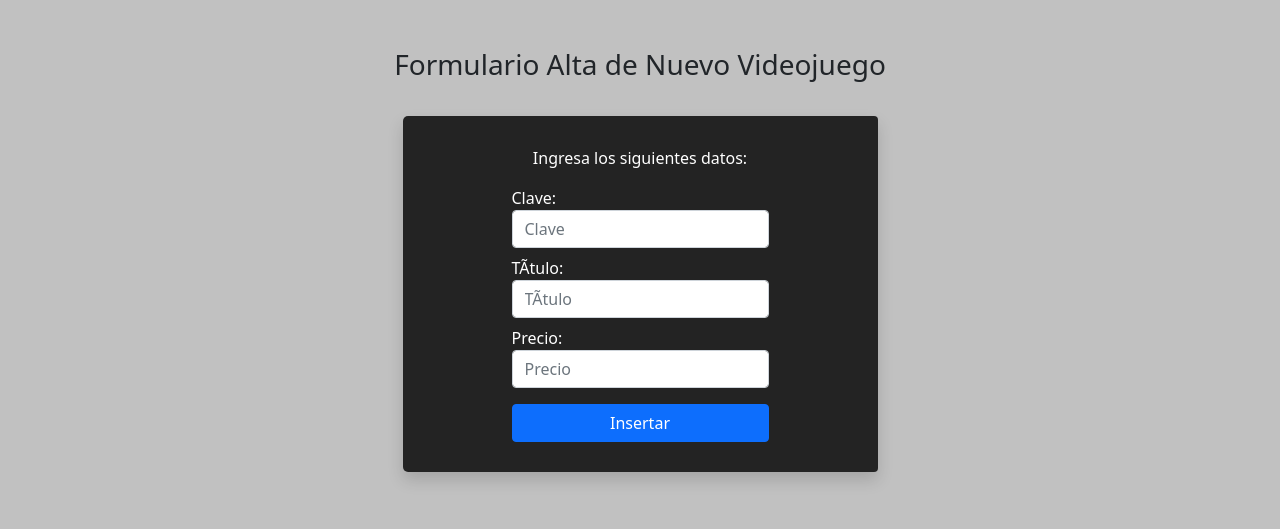
Repository: Jatziri16/JavaEE
Page: http://localhost/TiendaVideojuegos/FormularioInsertarVideojuego.jsp
An editor plug-in stored every save of this project. The page is shown before and after the next save, followed by the edit.
The browser window is 1280 px wide. The pictures show the whole page.
The page is served by Tomcat 9.

Above is the page before, as saved 2023-12-06 03:46:34.

After the next save:
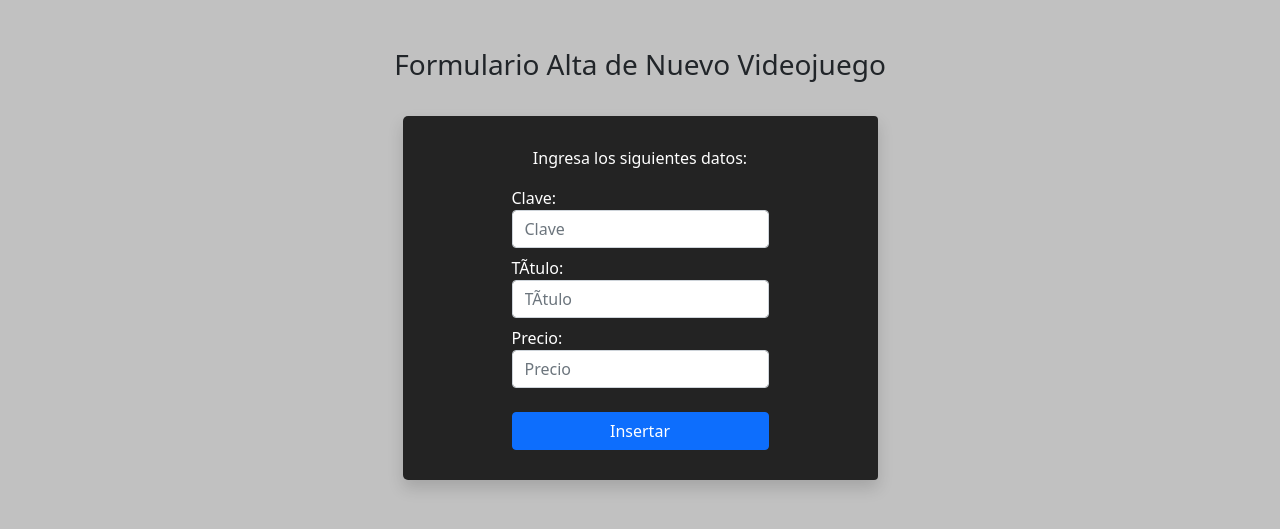
Saved 53 s later.
--- a/TiendaVideojuegos/src/main/webapp/FormularioInsertarVideojuego.jsp
+++ b/TiendaVideojuegos/src/main/webapp/FormularioInsertarVideojuego.jsp
@@ -37,7 +37,7 @@
 							<input class="form-control mb-2" type="text" placeholder="Título" name="titulo" id="titulo">
 
 							<label for="precio">Precio:</label>
-							<input class="form-control mb-3" type="text" placeholder="Precio" name="precio" id="precio">
+							<input class="form-control mb-4" type="text" placeholder="Precio" name="precio" id="precio">
 
 							<button class="btn btn-primary w-100" onclick="validarForms()" type="button">Insertar</button>
 						</form>
